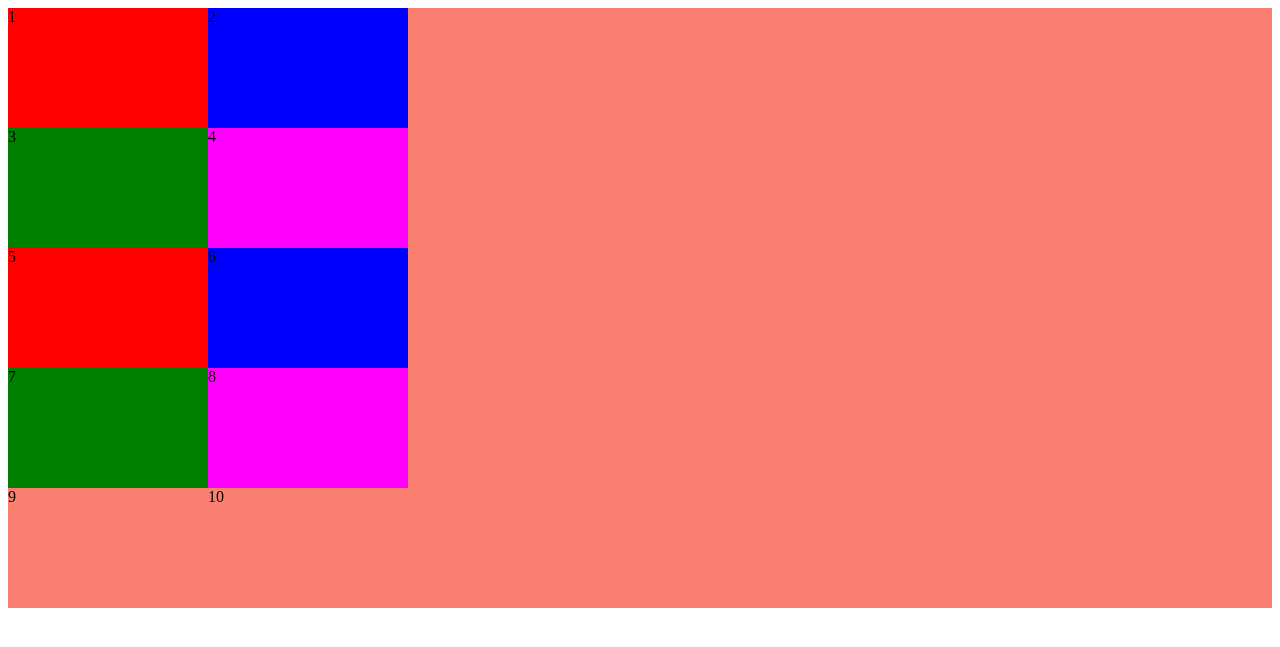
Repository: DinkarRavi/Dinkar_Coding
Page: 22aug24/grid.html
An editor plug-in stored every save of this project. The page is shown before and after the next save, followed by the edit.
The browser window is 1280 px wide. The pictures show the whole page.

Above is the page before, as saved 2024-08-22 15:03:13.

After the next save:
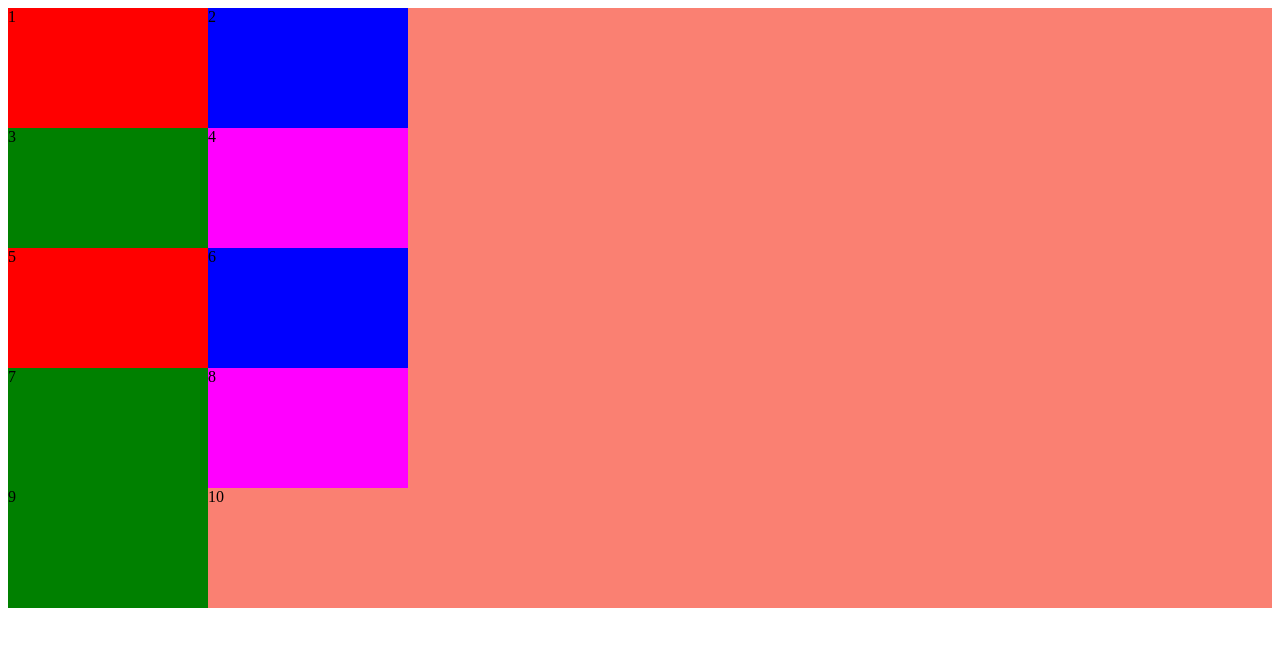
Saved 4 s later.
--- a/22aug24/grid.css
+++ b/22aug24/grid.css
@@ -32,7 +32,7 @@
     div:nth-child(8) {
       background: magenta;
     }
-    div:nth-child(7) {
+    div:nth-child(9) {
         background: green;
       }
       div:nth-child(8) {
